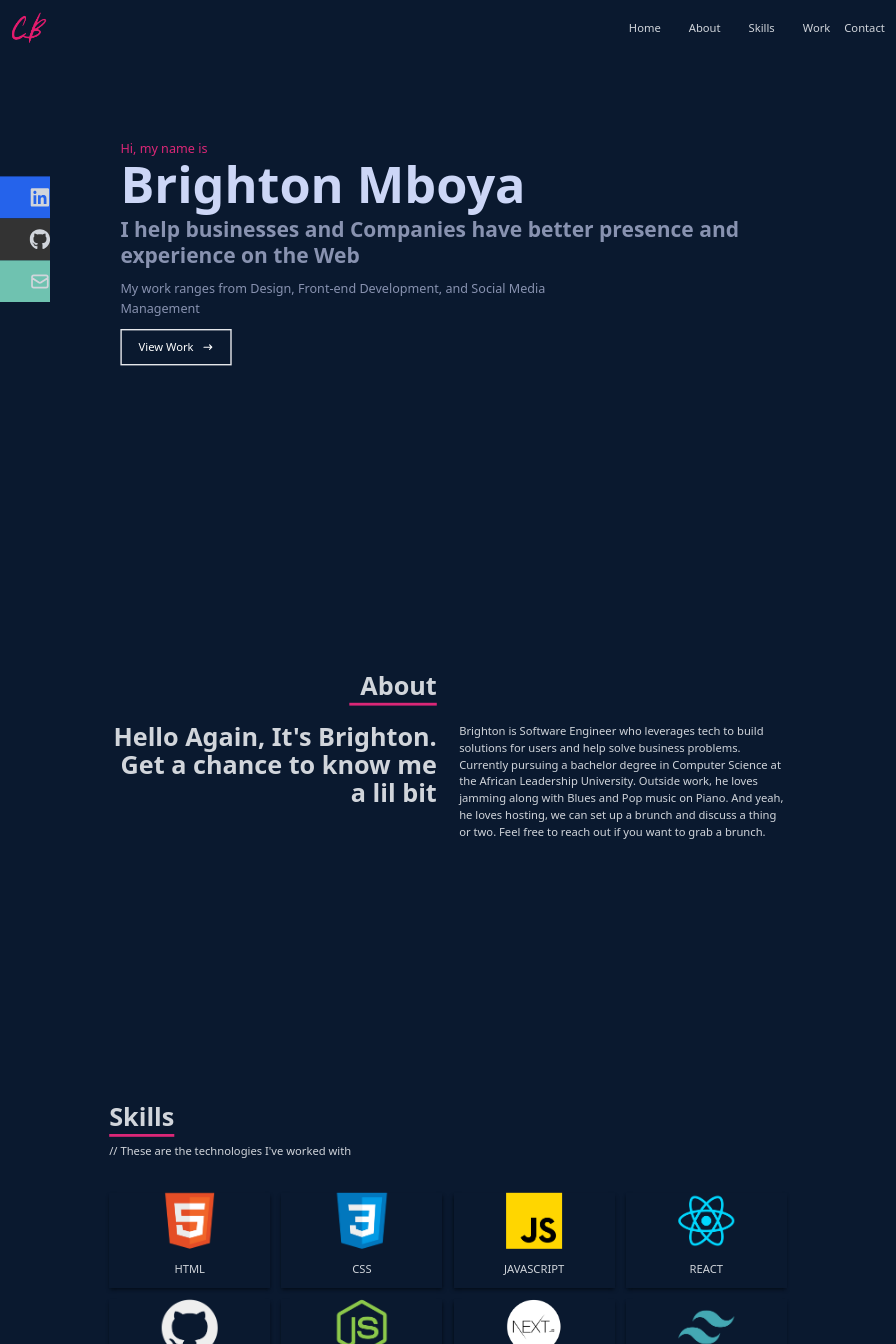
Repository: BrightonMboya/portfolio
Page: /
An editor plug-in stored every save of this project. The page is shown before and after the next save, followed by the edit.
The browser window is 1280 px wide. The pictures show the part of the page from y = 0 to 1920 px (the page is 3600 px tall), at 70% of full size.
The project was rebuilt for these pictures with package versions that can differ from the ones it lists, and the page was loaded fresh each time.

Above is the page before, as saved 2022-06-19 11:00:45.

### src/App.js
import React from 'react'
import Navbar from './Components/NavBar';
import Home from './Components/Home';
import About from './Components/About';
import Skills from './Components/Skills';
import Work from './Components/Work';
import Contact from './Components/Contact';
function App() {
  return (
  <React.Fragment>
    <Navbar/>
    <Home/>
    <About/>
    <Skills/>
    <Work/>
    <Contact/>
  </React.Fragment>
  );
}

export default App;

### src/Components/NavBar.jsx
import React, { useState } from 'react';
import {
  FaBars,
  FaTimes,
  FaGithub,
  FaLinkedin,
} from 'react-icons/fa';
import { HiOutlineMail } from 'react-icons/hi';
import { BsFillPersonLinesFill } from 'react-icons/bs';
import Logo from '../assets/logo.png';
import { Link } from 'react-scroll';

const Navbar = () => {
  const [nav, setNav] = useState(false);
  const handleClick = () => setNav(!nav);

  return (
    <div className='fixed w-full h-[80px] flex justify-between items-center px-4 bg-[#0a192f] text-gray-300'>
      <div>
        <img src={Logo} alt='Logo' style={{ width: '50px' }} />
      </div>

      {/* menu */}
      <ul className='hidden md:flex'>
        <li className='px-5'>
          <Link to='home' smooth={true} duration={500}>
            Home
          </Link>
        </li>
        <li className='px-5'>
          <Link to='about' smooth={true} duration={500}>
            About
          </Link>
        </li>
        <li className='px-5'>
          <Link to='skills' smooth={true} duration={500}>
            Skills
          </Link>
        </li>
        <li className='px-5'>
          <Link to='work' smooth={true} duration={500}>
            Work
          </Link>
        </li>
        <li>
          <Link to='contact' smooth={true} duration={500}>
            Contact
          </Link>
        </li>
      </ul>

      {/* Hamburger */}
      <div onClick={handleClick} className='md:hidden z-10'>
        {!nav ? <FaBars /> : <FaTimes />}
      </div>

      {/* Mobile menu */}
      <ul
        className={
          !nav
            ? 'hidden'
            : 'absolute top-0 left-0 w-full h-screen bg-[#0a192f] flex flex-col justify-center items-center'
        }
      >
        <li className='py-6 text-4xl'>
          <Link onClick={handleClick} to='home' smooth={true} duration={500}>
            Home
          </Link>
        </li>
        <li className='py-6 text-4xl'>
          {' '}
          <Link onClick={handleClick} to='about' smooth={true} duration={500}>
            About
          </Link>
        </li>
        <li className='py-6 text-4xl'>
          {' '}
          <Link onClick={handleClick} to='skills' smooth={true} duration={500}>
            Skills
          </Link>
        </li>
        <li className='py-6 text-4xl'>
          {' '}
          <Link onClick={handleClick} to='work' smooth={true} duration={500}>
            Work
          </Link>
        </li>
        <li className='py-6 text-4xl'>
          {' '}
          <Link onClick={handleClick} to='contact' smooth={true} duration={500}>
            Contact
          </Link>
        </li>
      </ul>

      {/* Social icons */}
      <div className='hidden lg:flex fixed flex-col top-[35%] left-0 ml-3'>
        <ul>
          <li className='w-[160px] h-[60px] flex justify-between items-center ml-[-100px] hover:ml-[-10px] duration-300 bg-blue-600'>
            <a
              className='flex justify-between items-center w-full text-gray-300'
              href='https://www.linkedin.com/in/brighton-mboya-52b455158/'
            >
              Linkedin <FaLinkedin size={30} />
            </a>
          </li>
          <li className='w-[160px] h-[60px] flex justify-between items-center ml-[-100px] hover:ml-[-10px] duration-300 bg-[#333333]'>
            <a
              className='flex justify-between items-center w-full text-gray-300'
              href='https://github.com/BrightonMboya' target='_blank'
            >
              Github <FaGithub size={30} />
            </a>
          </li>
          <li className='w-[160px] h-[60px] flex justify-between items-center ml-[-100px] hover:ml-[-10px] duration-300 bg-[#6fc2b0]'>
            <a
              className='flex justify-between items-center w-full text-gray-300'
              href='b.mboya@alustudent.com' target='_blank'
            >
              Email <HiOutlineMail size={30} />
            </a>
          </li>

        </ul>
      </div>
    </div>
  );
};

export default Navbar;

### src/Components/Home.jsx
import React from "react";
import { HiArrowNarrowRight } from "react-icons/hi";

const Home = () => {
  return (
    <div name="home" className="w-full h-screen bg-[#0a192f]">
      <div className="max-w-[1000px] mx-auto px-8 justify-center h-full flex flex-col">
        <p className="text-pink-600 text-lg">Hi, my name is</p>
        <h1 className="text-[#ccd6f6] text-4xl font-bold sm:text-7xl">
          Brighton Mboya
        </h1>
        <h1 className="text-xl font-bold mt-3 text-[#8892b0] md:text-3xl">
          I help businesses and Companies have better presence and experience on
          the Web
        </h1>
        <p className="text-[#8892b0] py-4 max-w-[700px] text-lg ">
          My work ranges from Design, Front-end Development, and Social Media
          Management
        </p>
        <div>
          <button className="text-white group border-2 px-6 py-3 flex items-center hover:bg-pink-600 hover:border-pink-600">
            View Work
            <span className="group-hover:rotate-90 duration-300">
              <HiArrowNarrowRight className="ml-3" />
            </span>
          </button>
        </div>
      </div>
    </div>
  );
};

export default Home;

### src/Components/About.jsx
import React from "react";

const About = () => {
  return (
    <div name="about" className="w-full h-screen bg-[#0a192f] text-gray-300">
      <div className="flex flex-col justify-center items-center w-full h-screen">
        <div className="max-w-[1000px] w-full grid grid-cols-2 gap-8">
          <div className="sm:text-right pb-8 pl-4">
            <p className="text-4xl font-bold inline border-b-4 pl-4 border-pink-600">
              About
            </p>
          </div>
        </div>

        <div className="max-w-[1000px] w-full grid sm:grid-cols-2 gap-8 px-4">
          <div className="sm:text-right text-4xl font-bold">
            <p>Hello Again, It's Brighton. Get a chance to know me a lil bit</p>
          </div>
          <div>
            <p>
              Brighton is Software Engineer who leverages tech to build
              solutions for users and help solve business problems. Currently
              pursuing a bachelor degree in Computer Science at the African
              Leadership University. Outside work, he loves jamming along with
              Blues and Pop music on Piano. And yeah, he loves hosting, we can set up a brunch
              and discuss a thing or two. Feel free to reach out if you want to
              grab a brunch.
            </p>
          </div>
        </div>
      </div>
    </div>
  );
};

export default About;

### src/Components/Skills.jsx
import React from "react";
import HTML from "../assets/html.png";
import CSS from "../assets/css.png";
import JavaScript from "../assets/javascript.png";
import ReactImg from "../assets/react.png";
import Node from "../assets/node.png";
import AWS from "../assets/aws.png";
import GitHub from "../assets/github.png";
import next from "../assets/next.png";
import Tailwind from "../assets/tailwind.png";

const Skills = () => {
  return (
    <div
      className="w-full h-screen bg-[#0a192f] text-gray-300"
      name="skills"
      id="skills"
    >
      <div className="max-w-[1000px] mx-auto p-4 flex flex-col justify-center w-full h-full">
        <div>
          <p className="text-4xl font-bold inline border-b-4 border-pink-600 ">
            Skills
          </p>
          <p className="py-4">// These are the technologies I've worked with</p>
        </div>

        <div className="w-full grid grid-cols-2 sm:grid-cols-4 gap-4 text-center py-8">
          <div className="shadow-md shadow-[#040c16] hover:scale-110 duration-500">
            <img className="w-20 mx-auto" src={HTML} alt="HTML icon" />
            <p className="my-4">HTML</p>
          </div>
          <div className="shadow-md shadow-[#040c16] hover:scale-110 duration-500">
            <img className="w-20 mx-auto" src={CSS} alt="HTML icon" />
            <p className="my-4">CSS</p>
          </div>
          <div className="shadow-md shadow-[#040c16] hover:scale-110 duration-500">
            <img className="w-20 mx-auto" src={JavaScript} alt="HTML icon" />
            <p className="my-4">JAVASCRIPT</p>
          </div>
          <div className="shadow-md shadow-[#040c16] hover:scale-110 duration-500">
            <img className="w-20 mx-auto" src={ReactImg} alt="HTML icon" />
            <p className="my-4">REACT</p>
          </div>
          <div className="shadow-md shadow-[#040c16] hover:scale-110 duration-500">
            <img className="w-20 mx-auto" src={GitHub} alt="HTML icon" />
            <p className="my-4">GITHUB</p>
          </div>
          <div className="shadow-md shadow-[#040c16] hover:scale-110 duration-500">
            <img className="w-20 mx-auto" src={Node} alt="HTML icon" />
            <p className="my-4">NODE JS</p>
          </div>
          <div className="shadow-md shadow-[#040c16] hover:scale-110 duration-500">
            <img className="w-20 mx-auto" src={next} alt="HTML icon" />
            <p className="my-4">NextJS</p>
          </div>
          <div className="shadow-md shadow-[#040c16] hover:scale-110 duration-500">
            <img className="w-20 mx-auto" src={Tailwind} alt="HTML icon" />
            <p className="my-4">TailwindCSS</p>
          </div>
        </div>
      </div>
    </div>
  );
};

export default Skills;

### src/Components/Work.jsx
import React from "react";
import shamba from "../assets/shamba.jpg";
import skope from "../assets/skope.jpg";
import pet from "../assets/pet.jpg";
import reddit from "../assets/reddit.jpg";
import portfolio from '../assets/portfolio.jpg'

const Work = () => {
  return (
    <div name="work" className="w-full md:h-screen text-gray-300 bg-[#0a192f]">
      <div className="max-w-[1000px] mx-auto p-4 flex flex-col justify-center w-full h-full">
        <div className="pb-8">
          <p className="text-4xl font-bold inline border-b-4 text-gray-300 border-pink-600">
            Work
          </p>
          <p className="py-6">// Check out some of my recent work</p>
        </div>

        {/* Container */}
        <div className="grid sm:grid-cols-2 md:grid-cols-3 gap-4">
          {/* Grid Item */}
          <div
            style={{
              backgroundImage: `url(${shamba})`,
              objectPosition: "cover",
            }}
            className="shadow-lg shadow-[#040c16] group container rounded-md flex justify-center items-center mx-auto content-div w-full h-full bg-no-repeat bg-cover"
          >
            {/* Hover Effects */}
            <div className="opacity-0 group-hover:opacity-100">
              <span className="text-lg ml-3 font-bold text-white tracking-wider">
                Helped Shambda Data have a better experience on the web. I build
                their website using Next, and TailwindCSS
              </span>
              <div className="pt-8 text-center">
                <a href="https://shamba-dataa.vercel.app/" target="_blank">
                  <button className="text-center rounded-lg px-4 py-3 m-2 bg-white text-gray-700 font-bold text-lg">
                    Demo
                  </button>
                </a>
              </div>
            </div>
          </div>
          <div
            style={{
              backgroundImage: `url(${skope})`,
              objectPosition: "cover",
            }}
            className="shadow-lg shadow-[#040c16] group container rounded-md flex justify-center items-center mx-auto content-div w-full h-full bg-no-repeat bg-cover"
          >
            {/* Hover Effects */}
            <div className="opacity-0 group-hover:opacity-100">
              <span className="text-lg font-bold text-white tracking-wider">
                  Build a landing page for a startup using React, and TailWindCSS
              </span>
              <div className="pt-8 text-center">
                <a href="skope.vercel.app" target='_blank'>
                  <button className="text-center rounded-lg px-4 py-3 m-2 bg-white text-gray-700 font-bold text-lg">
                    Demo
                  </button>
                </a>
                <a href="https://github.com/BrightonMboya/Skope" target='_blank'>
                  <button className="text-center rounded-lg px-4 py-3 m-2 bg-white text-gray-700 font-bold text-lg">
                    Code
                  </button>
                </a>
              </div>
            </div>
          </div>
          {/* Grid Item */}
          <div
            style={{ backgroundImage: `url(${pet})`, objectPosition: "cover" }}
            className="shadow-lg shadow-[#040c16] group container rounded-md flex justify-center items-center mx-auto content-div  w-full h-full bg-no-repeat bg-cover"
          >
            {/* Hover Effects */}
            <div className="opacity-0 group-hover:opacity-100">
              <span className="text-lg font-bold text-white tracking-wider">
                A landing page for a Pet Store using HTML, CSS and JS
              </span>
              <div className="pt-8 text-center">
                <a href="https://625d25be854d190d429096ec--merry-crepe-a1321f.netlify.app/" target="_blank">
                  <button className="text-center rounded-lg px-4 py-3 m-2 bg-white text-gray-700 font-bold text-lg">
                    Demo
                  </button>
                </a>
                <a href="https://www.figma.com/file/Oxeoui287KWCbcYWXQspCr/Pet-Store-Landing-Page?node-id=0%3A1">
                  <button className="text-center rounded-lg px-4 py-3 m-2 bg-white text-gray-700 font-bold text-lg">
                    Code
                  </button>
                </a>
              </div>
            </div>
          </div>
          <div
            style={{
              backgroundImage: `url(${reddit})`,
              objectPosition: "cover",
            }}
            className="shadow-lg shadow-[#040c16] group container rounded-md flex justify-center items-center mx-auto content-div w-full h-full bg-no-repeat bg-cover"
          >
            {/* Hover Effects */}
            <div className="opacity-0 group-hover:opacity-100">
              <span className="text-lg font-bold text-gray-100 tracking-wider">
                A Reddit Clone that allows users support CRUD on posts, comments and vots. Build with MERN
              </span>
              <div className="pt-8 text-center">
                <a href="https://reddit-backedn.herokuapp.com/" target='_blank'>
                  <button className="text-center rounded-lg px-4 py-3 m-2 bg-white text-gray-700 font-bold text-lg">
                    Demo
                  </button>
                </a>
                <a href="https://www.figma.com/file/Oxeoui287KWCbcYWXQspCr/Pet-Store-Landing-Page?node-id=0%3A1" target="_blank">
                  <button className="text-center rounded-lg px-4 py-3 m-2 bg-white text-gray-700 font-bold text-lg">
                    Code
                  </button>
                </a>
              </div>
            </div>
          </div>
          {/* Grid Item */}
          <div
            style={{ backgroundImage: `url(${portfolio})`, objectPosition: 'cover' }}
            className="shadow-lg shadow-[#040c16] group container rounded-md flex justify-center items-center mx-auto content-div  bg-no-repeat bg-cover md:h-[20vh]"
          >
            {/* Hover Effects */}
            <div className="opacity-0 group-hover:opacity-100">
              <span className="text-lg font-bold text-white tracking-wider">
                A portfolio Template for software engineers. Made with HTML, TailWindCSS, and JS.
              </span>
              <div className="pt-8 text-center">
                <a href="https://625ed8d3fd62bb26db0b6dde--merry-crepe-a1321f.netlify.app/">
                  <button className="text-center rounded-lg px-4 py-3 m-2 bg-white text-gray-700 font-bold text-lg">
                    Demo
                  </button>
                </a>
              </div>
            </div>
          </div>
        </div>
      </div>
    </div>
  );
};

export default Work;

### src/Components/Contact.jsx
import React from "react";

const Contact = () => {
  return (
    <div
      name="contact"
      className="w-full h-screen bg-[#0a192f] flex justify-center items-center p-4"
    >
      <form
        method="POST"
        action="https://getform.io/f/db1e5b4f-6944-401a-89fd-24939c93824b"
        className="flex flex-col max-w-[600px] w-full"
      >
        <div className="pb-8">
          <p className="text-4xl font-bold inline border-b-4 border-pink-600 text-gray-300">
            Contact
          </p>
          <p className="text-gray-300 py-4">
            // Submit the form below or shoot me an email -
            b.mboya@alustudent.com
          </p>
        </div>
        <input
          className="bg-[#ccd6f6] p-2"
          type="text"
          placeholder="Name"
          name="name"
        />
        <input
          className="my-4 p-2 bg-[#ccd6f6]"
          type="email"
          placeholder="Email"
          name="email"
        />
        <textarea
          className="bg-[#ccd6f6] p-2"
          name="message"
          rows="10"
          placeholder="Message"
        ></textarea>
        <button className="text-white border-2 hover:bg-pink-600 hover:border-pink-600 px-4 py-3 my-8 mx-auto flex items-center">
          Let's Collaborate
        </button>
      </form>
    </div>
  );
};

export default Contact;

Loaded but not shown: public/index.html (common file); src/index.js (common file); src/index.css (common file); tailwind.config.js (common file)

After the next save:
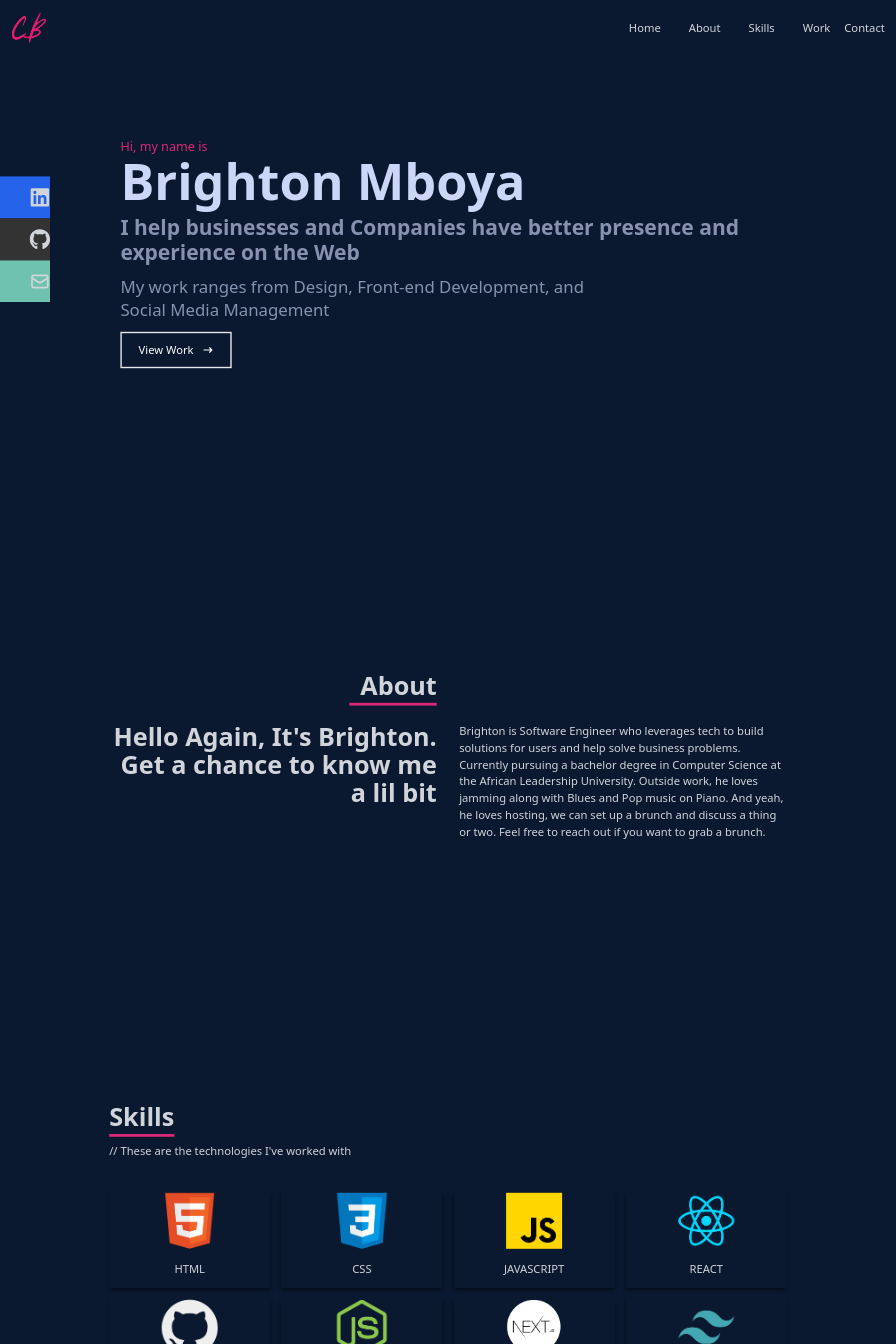
Saved 18 s later.
--- a/src/Components/Home.jsx
+++ b/src/Components/Home.jsx
@@ -13,7 +13,7 @@
           I help businesses and Companies have better presence and experience on
           the Web
         </h1>
-        <p className="text-[#8892b0] py-4 max-w-[700px] text-lg ">
+        <p className="text-[#8892b0] py-4 max-w-[700px] text-lg md:text-2xl">
           My work ranges from Design, Front-end Development, and Social Media
           Management
         </p>
